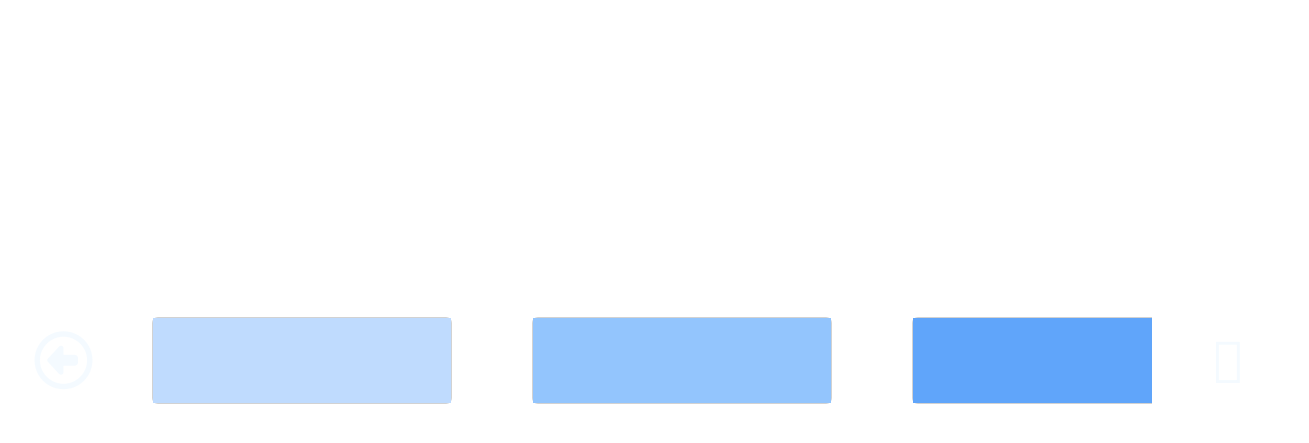
Repository: go23rishu/BagsWebsite
Page: bucketbagcarousel.html
The author's editor kept a copy of each file at every save. The page is drawn from the files as they stood at one save, then again after the next save.
The browser window is 1280 px wide. The page is 1305 px wide, then 1309 px, so the pictures cover 1309 px, including what lies to the right of the window. The pictures show the whole page.
Some web fonts or font styles are not loaded; a fallback is used. Some web libraries are served in a nearby version.

Above is the page before, as saved 2023-06-21 14:29:59.

### bucketbagcarousel.html
<!DOCTYPE html>
<html lang="en">

<head>
  <meta charset="UTF-8">
  <title>CodePen - Simple vanilla js carousel</title>
  <script src="https://cdn.tailwindcss.com"></script>
  <link rel="stylesheet" href="./bucketbagcarousel.css">
  <link rel="stylesheet" href="https://cdn.jsdelivr.net/npm/@fortawesome/fontawesome-free@6.2.1/css/fontawesome.min.css"
    integrity="sha384-QYIZto+st3yW+o8+5OHfT6S482Zsvz2WfOzpFSXMF9zqeLcFV0/wlZpMtyFcZALm" crossorigin="anonymous">
  <!-- Latest compiled and minified CSS -->
  <link href="https://cdn.jsdelivr.net/npm/bootstrap@5.2.3/dist/css/bootstrap.min.css" rel="stylesheet">
  <!-- Latest compiled JavaScript -->
  <script src="https://cdn.jsdelivr.net/npm/bootstrap@5.2.3/dist/js/bootstrap.bundle.min.js"></script>
  <link rel="stylesheet" href="https://cdnjs.cloudflare.com/ajax/libs/font-awesome/4.7.0/css/font-awesome.min.css">
  <link rel="preconnect" href="https://fonts.googleapis.com">
  <link rel="preconnect" href="https://fonts.gstatic.com" crossorigin>
  <link
    href="https://fonts.googleapis.com/css2?family=Italiana&family=Kumbh+Sans:wght@200;300;400;500;600;700;800;900&display=swap"
    rel="stylesheet">
  <link href="https://fonts.googleapis.com/css2?family=Italiana&display=swap" rel="stylesheet">
  <script src="https://kit.fontawesome.com/b702b61de4.js" crossorigin="anonymous"></script>
</head>

<body>
  <!-- partial:index.partial.html -->

  <div class="h-screen grid place-content-center carousel">

    <section class="flex">
      <div class="h-fit my-auto mx-2">
        <button id="prev">
          <i class="fa fa-arrow-circle-o-left" aria-hidden="true"></i> </button>
      </div>
      <div id="slider" class="w-[1000px] flex overflow-hidden h-[300px]scroll-smooth">

        <div id="slider-container" class="flex">
          <article class="card w-[300px]">
            <div class="w-full h-full bg-blue-200"></div>
          </article>
          <article class="card w-[300px] ml-20">
            <div class="w-full h-full bg-blue-300"></div>
          </article>
          <article class="card w-[300px] ml-20">
            <div class="w-full h-full bg-blue-400"></div>
          </article>
          <article class="card w-[300px] ml-20">
            <div class="w-full h-full bg-blue-500"></div>
          </article>
          <article class="card w-[300px] ml-20">
            <div class="w-full h-full bg-blue-600"></div>
          </article>
          <article class="card w-[300px] ml-20">
            <div class="w-full h-full bg-blue-700"></div>
          </article>
          <article class="card w-[300px] ml-20">
            <div class="w-full h-full bg-blue-800"></div>
          </article>
          <article class="card w-[300px] ml-20">
            <div class="w-full h-full bg-blue-900 grid content-center text-center">
              <p class="text-3xl font-bold">JS is fun ! :D</p>
            </div>
          </article>
        </div>


      </div>
      <div class="h-fit my-auto mx-2">
        <button id="next"> <i class="fa-light fa-caret-right"></i></i> </button>
      </div>
    </section>


    <style>
      .slider {
        scrollbar-width: none;
        /* Firefox */
        -ms-overflow-style: none;
        /* Internet Explorer 10+ */
      }

      /* WebKit */
      .slider::-webkit-scrollbar {
        width: 0;
        height: 0;
      }
    </style>





  </div>
  <!-- partial -->
  <script src="./bucketbagcarousel.js"></script>

</body>

</html>

### bucketbagcarousel.css
.carousel {
  background-color: white;
}
#prev i,
#next i {
  font-size: 58px;
  color: rgba(240, 248, 255, 0.749);
  font-weight: 200;
  padding: 0vh 4vw;
}
.card {
  background-color: none !important;
  font-family: "Kumbh Sans", sans-serif;
}
.carousel h1 {
  color: white;
  font-size: 25px;
  margin-top: 10px;
  font-weight: 600;
}
.carousel p {
  font-size: 16px;
  /* width: 100px; */
  color: rgba(255, 255, 255, 0.449);
  margin-top: 10px;
  width: 300px;
  margin-left: 20%;
}
.carousel label {
  font-size: 22px;
  color: whitesmoke;
  font-weight: 600;
}
.carousel .add-to-cart-carousel {
  background-color: orange;
  color: white;
  font-size: 14px;
  padding: 5px 5px;
  width: 120px;
  border: none;
  border-radius: 5px;
  margin-left: 38%;
  margin-top: 15px;
}

### bucketbagcarousel.js
const slidesContainer = document.querySelector('#slider')
const cards = document.querySelectorAll(".card");
const cardWidth = document.querySelector(".card").clientWidth
const prevButton = document.getElementById("prev");
const nextButton = document.getElementById("next");

let currentCard = 0

nextButton.addEventListener("click", (event) => {
  if(currentCard < cards.length - 1){
     currentCard += 1
  }else{
    currentCard = 0
  }

  slidesContainer.scrollLeft = cardWidth * currentCard
});

prevButton.addEventListener("click", (event) => {
   if(currentCard > 0){
     currentCard -= 1
   }else{
     currentCard = cards.length - 1
   }

  slidesContainer.scrollLeft = cardWidth * currentCard
});

After the next save:
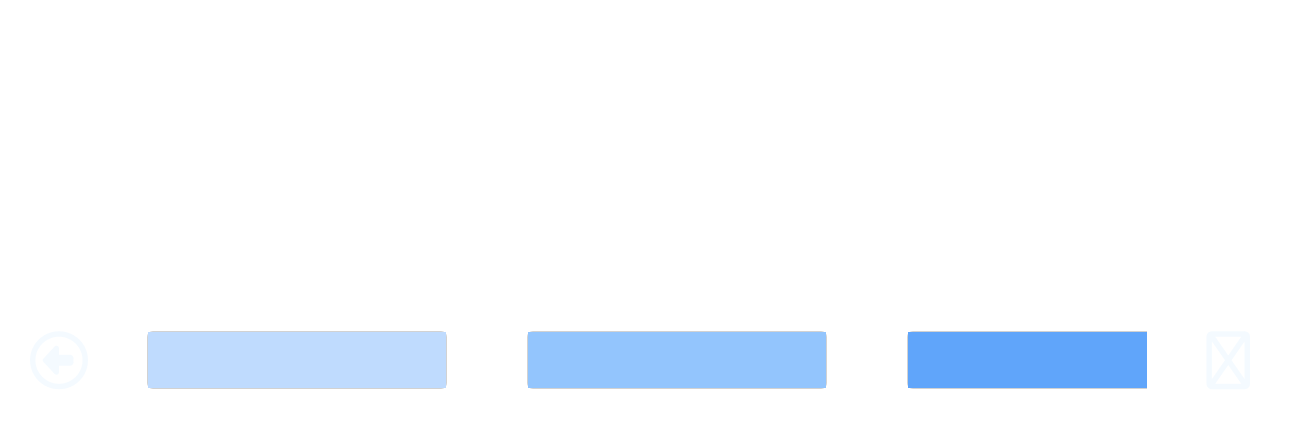
Saved 2 min 41 s later.
--- a/bucketbagcarousel.html
+++ b/bucketbagcarousel.html
@@ -66,7 +66,7 @@
 
       </div>
       <div class="h-fit my-auto mx-2">
-        <button id="next"> <i class="fa-light fa-caret-right"></i></i> </button>
+        <button id="next"> <i class="fa fa-caret-right" aria-hidden="true"></i> </button>
       </div>
     </section>
 
